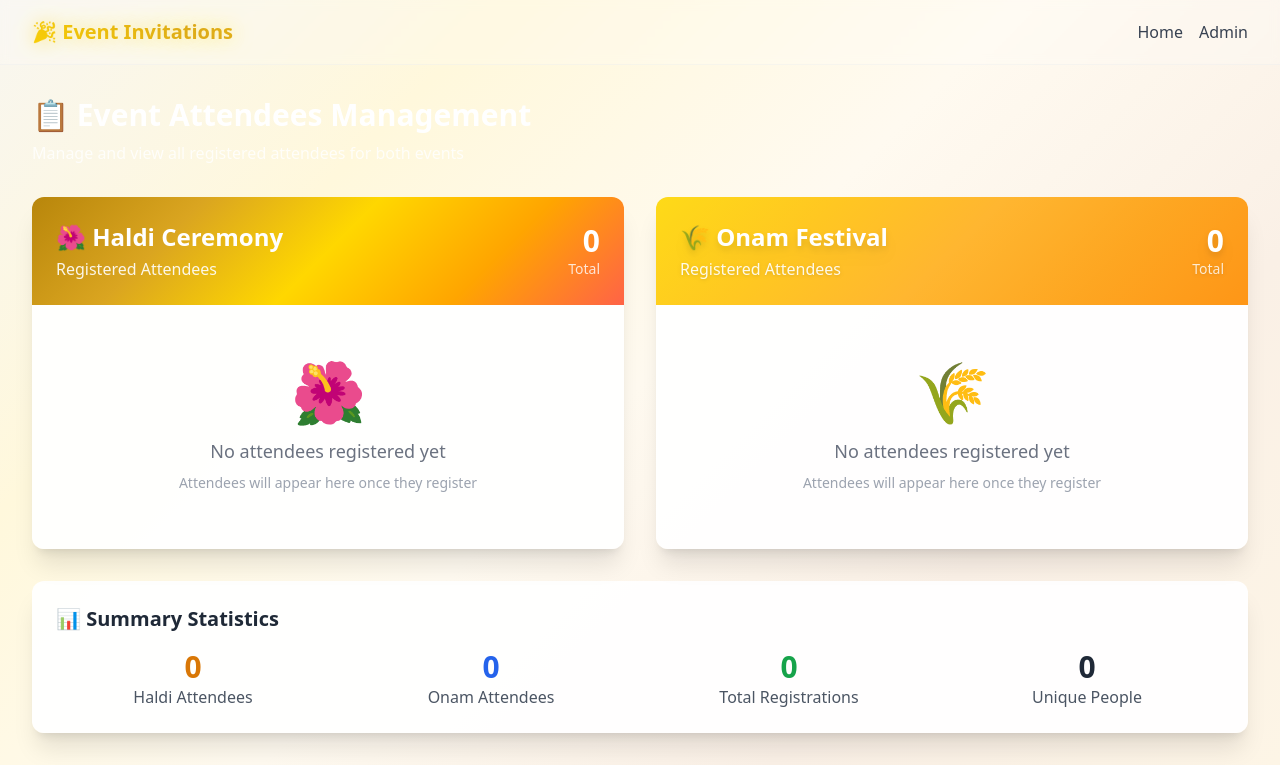
Repository: nanduldas/invitation
Page: http://localhost/admin/attendees
These files come from the project's save history. The page is drawn as it stood at one moment and after the next save; the edit follows.
The browser window is 1280 px wide. The pictures show the whole page.
Some web libraries are served in a nearby version. The page is served by the project's Laravel application, run on PHP 8.4 with Laravel 12. Queries for data that is not in the repository find no rows.

Above is the page before, as saved 2025-08-22 23:56:58.

After the next save:
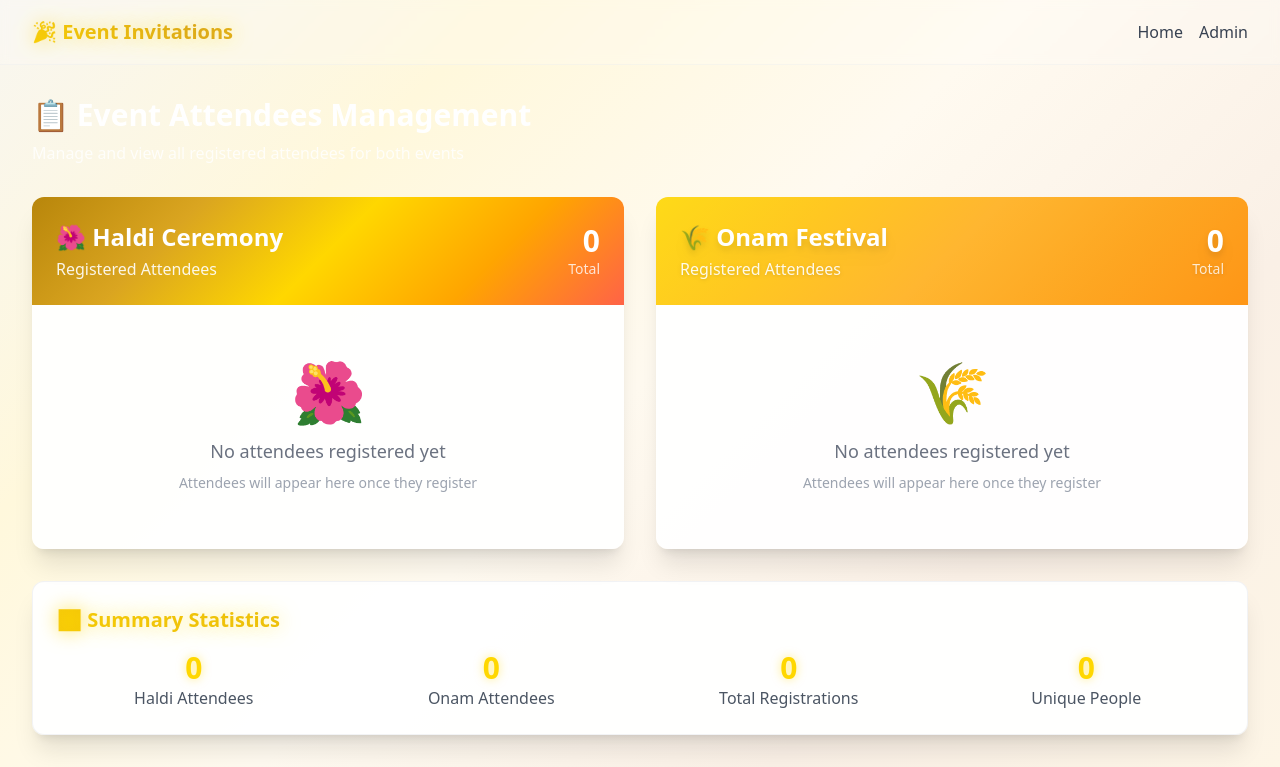
Saved 15 s later.
--- a/resources/views/admin/attendees.blade.php
+++ b/resources/views/admin/attendees.blade.php
@@ -128,23 +128,23 @@
     </div>
 
     <!-- Summary Statistics -->
-    <div class="mt-8 bg-white/95 rounded-xl shadow-xl p-6">
-        <h3 class="text-xl font-bold text-gray-800 mb-4">📊 Summary Statistics</h3>
+    <div class="mt-8 bg-white/95 rounded-xl shadow-xl p-6 border border-gray-200/50">
+        <h3 class="text-xl font-bold text-gold-shining mb-4">📊 Summary Statistics</h3>
         <div class="grid md:grid-cols-4 gap-6">
             <div class="text-center">
-                <div class="text-3xl font-bold text-amber-600">{{ $haldiAttendees->count() }}</div>
+                <div class="text-3xl font-bold text-gold">{{ $haldiAttendees->count() }}</div>
                 <div class="text-gray-600">Haldi Attendees</div>
             </div>
             <div class="text-center">
-                <div class="text-3xl font-bold text-blue-600">{{ $onamAttendees->count() }}</div>
+                <div class="text-3xl font-bold text-gold">{{ $onamAttendees->count() }}</div>
                 <div class="text-gray-600">Onam Attendees</div>
             </div>
             <div class="text-center">
-                <div class="text-3xl font-bold text-green-600">{{ $haldiAttendees->count() + $onamAttendees->count() }}</div>
+                <div class="text-3xl font-bold text-gold">{{ $haldiAttendees->count() + $onamAttendees->count() }}</div>
                 <div class="text-gray-600">Total Registrations</div>
             </div>
             <div class="text-center">
-                <div class="text-3xl font-bold text-gray-800">
+                <div class="text-3xl font-bold text-gold">
                     {{ $haldiAttendees->merge($onamAttendees)->unique('phone')->count() }}
                 </div>
                 <div class="text-gray-600">Unique People</div>
